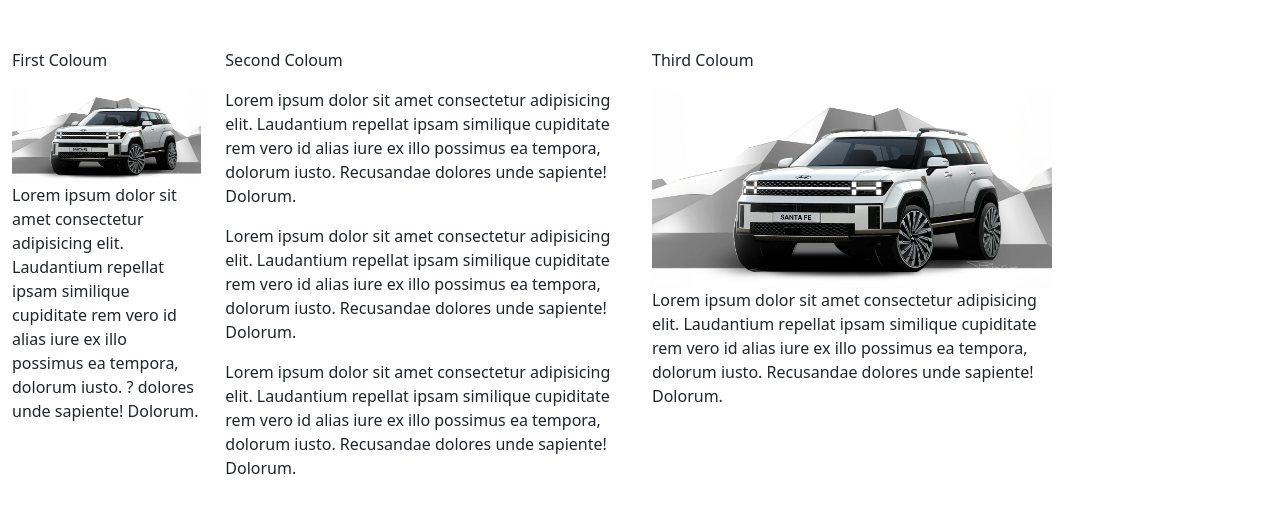
Repository: Femi007-gh/Classwork
Page: index.html
An editor plug-in stored every save of this project. The page is shown before and after the next save, followed by the edit.
The browser window is 1280 px wide. The pictures show the whole page.

Above is the page before, as saved 2025-02-02 21:50:39.

After the next save:
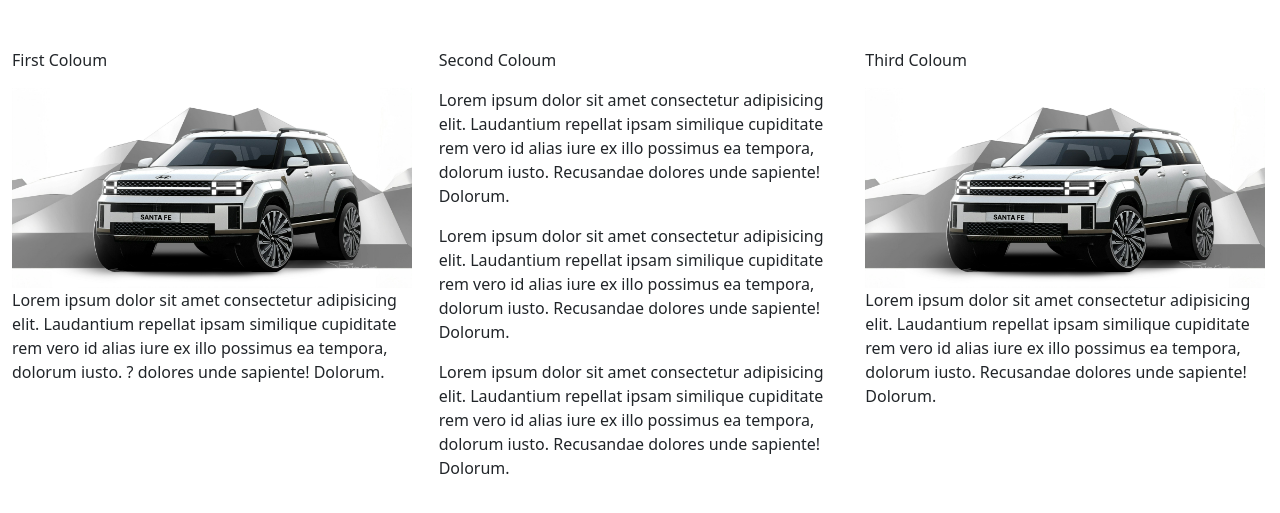
Saved 36 s later.
--- a/index.html
+++ b/index.html
@@ -7,7 +7,7 @@
   <body>
 <div class="container-fluid mt-5">
   <div class="row">
-    <div class="col-sm-2 md-3 lg-4 xl6">
+    <div class="col-sm-4 md-3 lg-4 xl6">
       <p>First Coloum</p>
       <img class="img-fluid" src="suv.jpeg">
       <p>Lorem ipsum dolor sit amet consectetur adipisicing elit. Laudantium repellat ipsam similique cupiditate rem vero id alias iure ex illo possimus ea tempora, dolorum iusto. ? dolores unde sapiente! Dolorum.</p>
